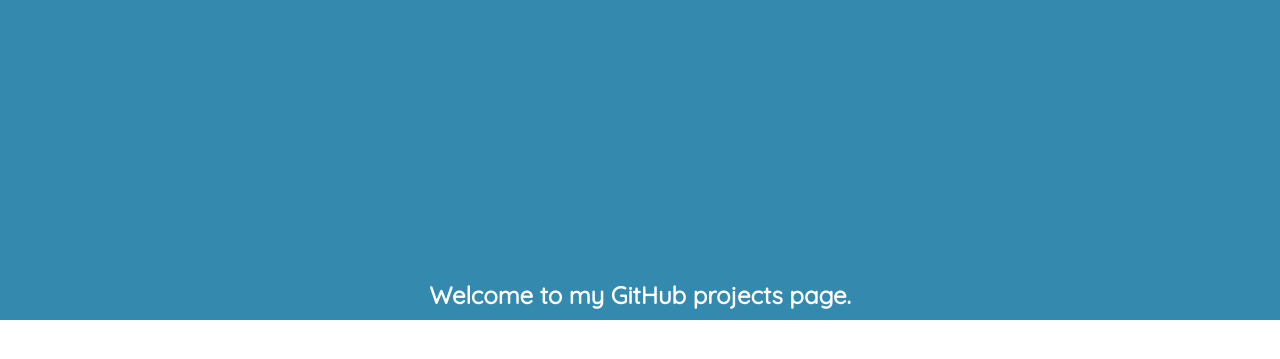
Repository: Booyanach/booyanach.github.io
Page: index.html
The author's editor kept a record of every edit. The page is drawn from the files as they stood at one moment, then again after the next edit.
The browser window is 1280 px wide. The pictures show the whole page.
The page's requests for data from a server got no answer. Some web libraries are served in a nearby version.

Above is the page before.
Console error: TypeError: self.handleStorage is not a function

After the next edit:
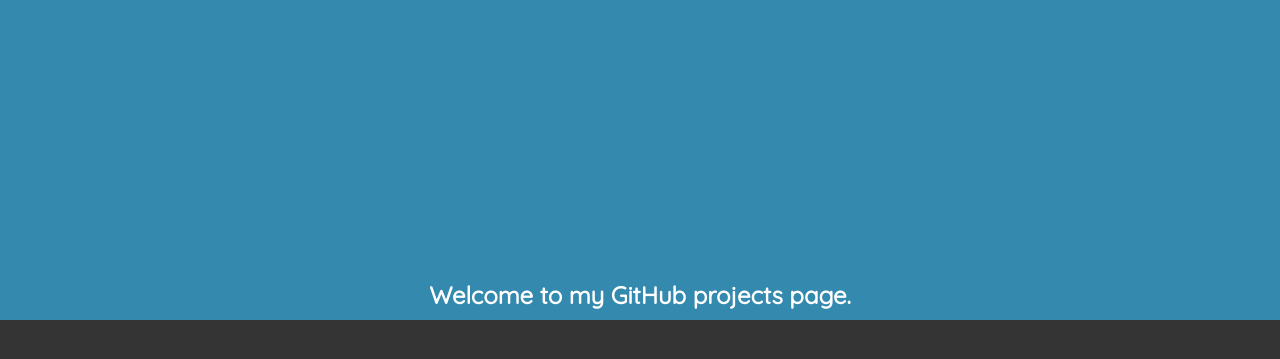
The edit:
--- a/css/booya.css
+++ b/css/booya.css
@@ -14,6 +14,7 @@
     width: 100%;
     height: 100%;
     text-align: center;
+    background-color: #343434;
 }
 
 .header {
